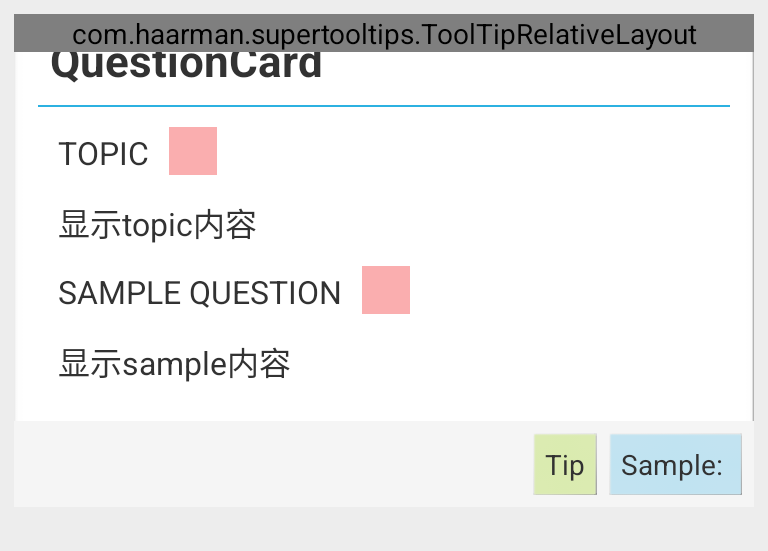
Repository: hellcan/privateReader
Layout: ToeflWrittingAssistant/res/layout/topic_listview_item_detail_activity.xml
The author's editor kept a copy of each file at every save. The layout is drawn from the files as they stood at one save, then again after the next save.
The pictures show rows 0 to 551 of an output 1280 px tall.
Pictures or frames that could not be fetched are drawn as grey boxes. It is drawn on a 768 x 1280 px phone screen (xhdpi) without system bars, with theme AppTheme; the app's code is not run.

Above is the layout before, as saved 2014-04-28 10:04:06.

After the next save:
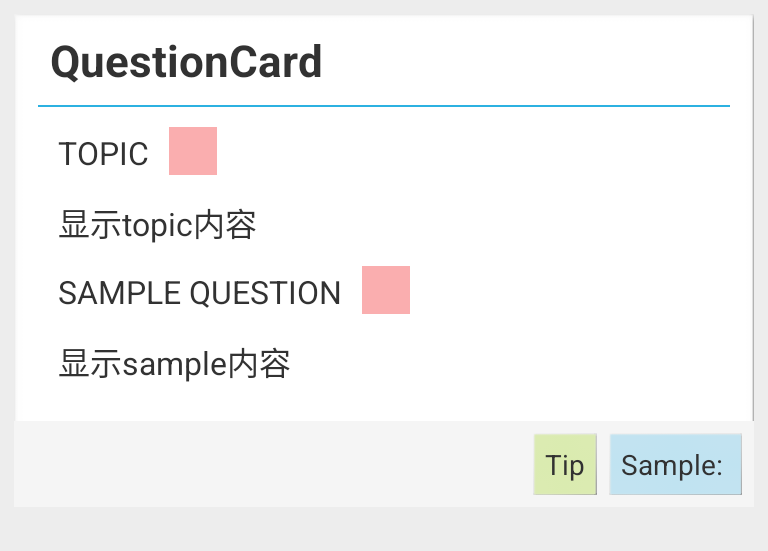
Saved 35 s later.
--- a/ToeflWrittingAssistant/res/layout/topic_listview_item_detail_activity.xml
+++ b/ToeflWrittingAssistant/res/layout/topic_listview_item_detail_activity.xml
@@ -153,11 +153,7 @@
                 android:padding="6dp"
                 android:text="Tip" />
         </RelativeLayout>
-        <com.haarman.supertooltips.ToolTipRelativeLayout
-            android:id="@+id/topic_tooltipframelayout"
-            android:layout_width="match_parent"
-            android:layout_height="match_parent"
-            />
+
     </RelativeLayout>
 
         <RelativeLayout
